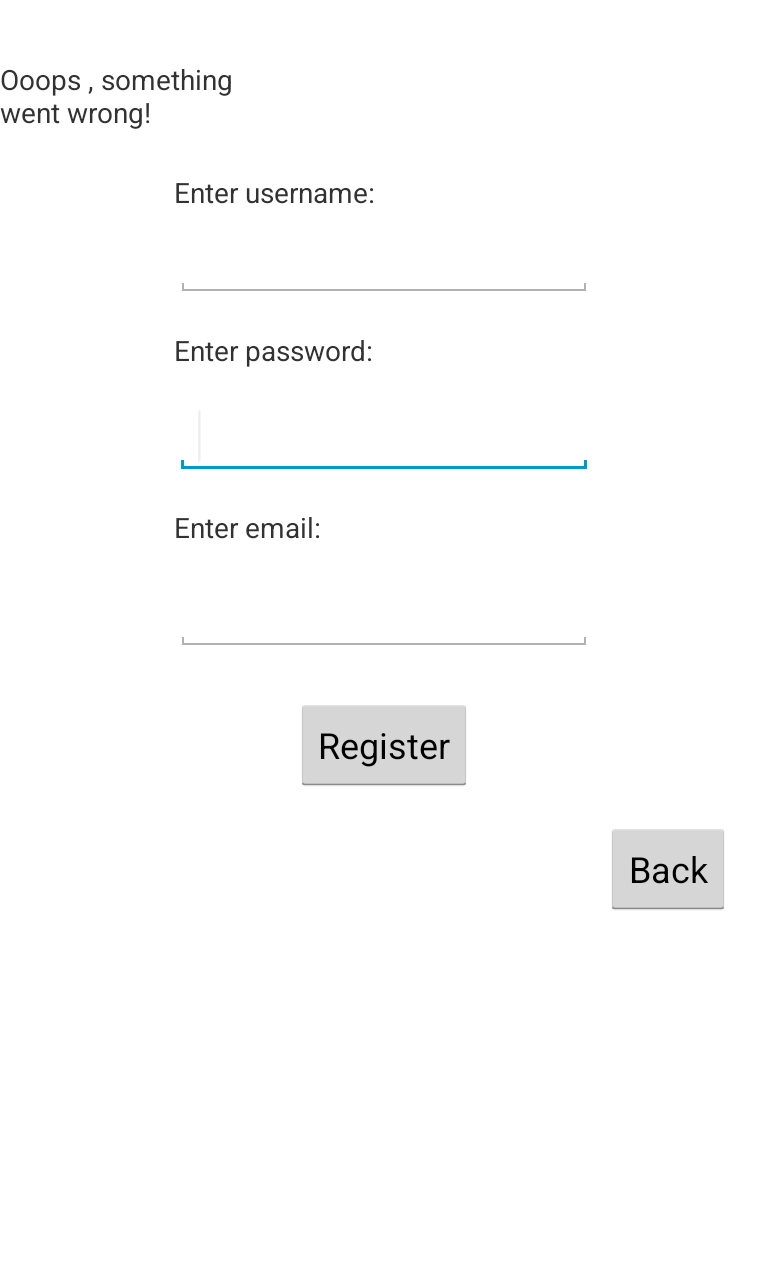
Repository: Codlex/JSMS
Layout: AndroidClient/res/layout/register_layout.xml
These files come from the project's save history. The layout is drawn as it stood at one moment and after the next save; the edit follows.
It is drawn on a 768 x 1280 px phone screen (xhdpi) without system bars, with theme AppTheme; the app's code is not run.

Above is the layout before, as saved 2013-01-05 01:54:29.

After the next save:
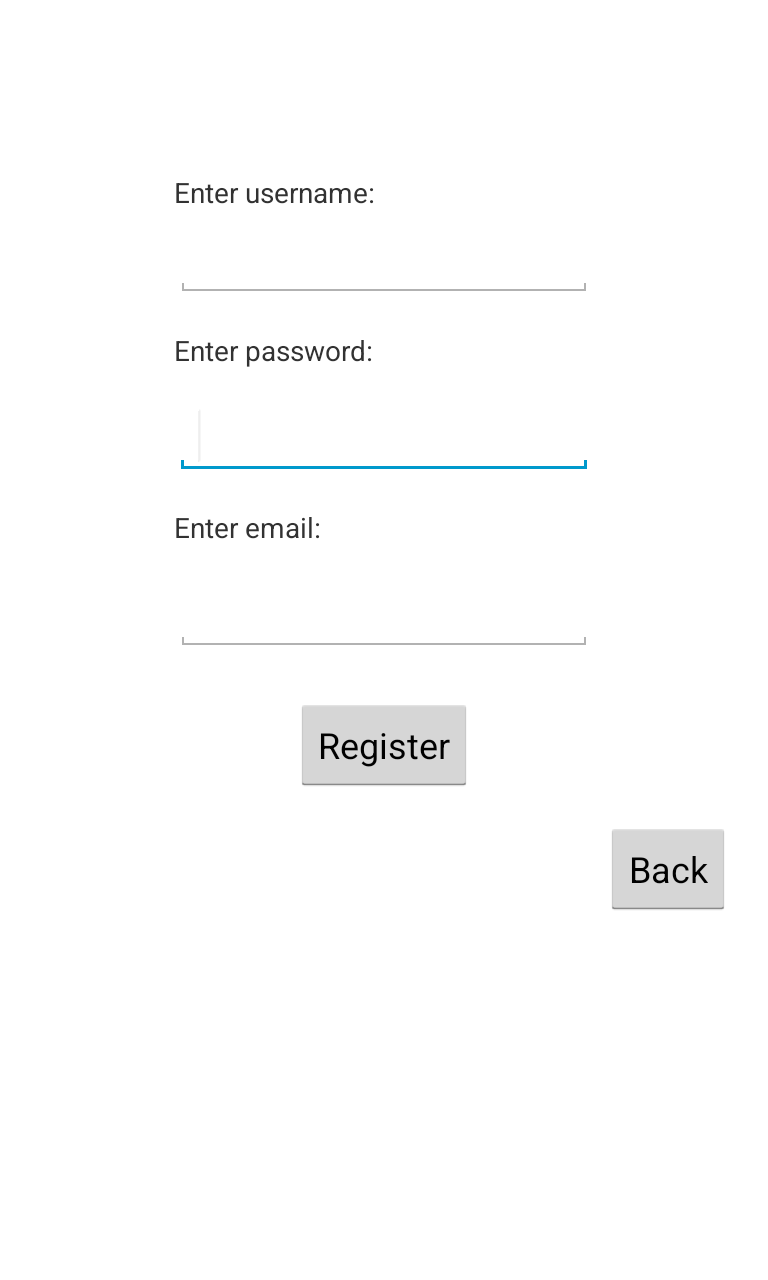
Saved 10 s later.
--- a/AndroidClient/res/layout/register_layout.xml
+++ b/AndroidClient/res/layout/register_layout.xml
@@ -92,6 +92,6 @@
         android:layout_above="@+id/text1"
         android:layout_marginBottom="21dp"
         android:layout_toLeftOf="@+id/registerb2"
-        android:text="@string/error_message" />
+        android:text="" />
 
 </RelativeLayout>
